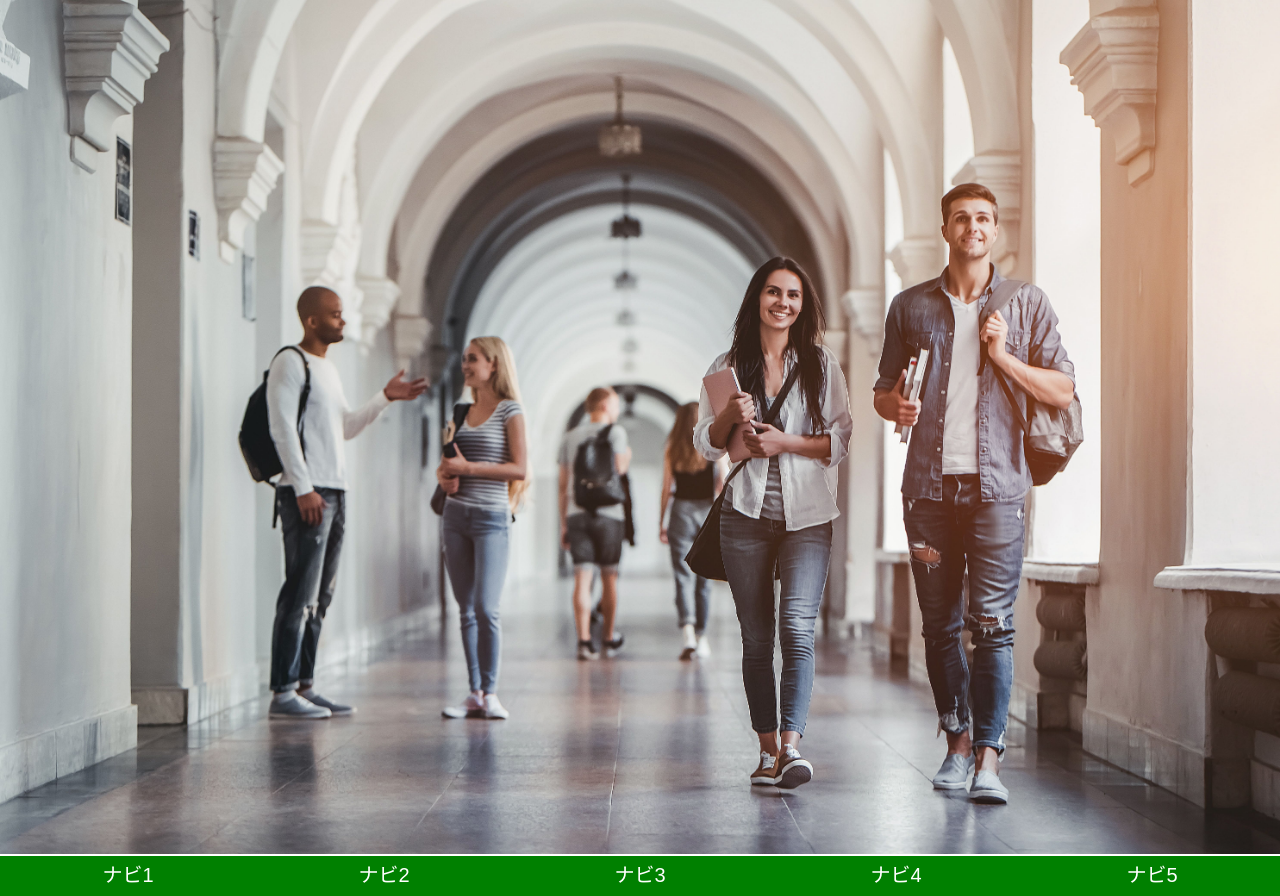
Repository: drumskoji/samurai_HTML-CSS
Page: home.html
The author's editor kept a record of every edit. The page is drawn from the files as they stood at one moment, then again after the next edit.
The browser window is 1280 px wide. The pictures show the whole page.

Above is the page before.

### home.html
<!DOCTYPE html>
<html lang="ja">
    <head>
        <meta charaset="UTF-8">
        <title>HTML/CSSの学習</title>
        <link rel="stylesheet" href="stylesheet.css">
    </head>
    <body>
        <div id="header">
            <h1><a href="index.html"><img id="corridor" src="image/corridor.jpg" alt="大学の廊下" /></a></h1>
        </div>
        <div id="wrapper">
            <div id="nav">
                <ul>
                    <li><a href="home.html">ナビ1</a></li>
                    <li><a href="#">ナビ2</a></li>
                    <li><a href="#">ナビ3</a></li>
                    <li><a href="#">ナビ4</a></li>
                    <li><a href="#">ナビ5</a></li>
                </ul>
           </div>
        </div>
    </body>
</html>

### stylesheet.css
@charset "utf-8";

body {
	margin: 0;
	padding: 0;
	font-family: "ヒラギノ角ゴ Pro W3", "Hiragino Kaku Gothic Pro", "メイリオ", Meiryo, Osaka, "ＭＳ Ｐゴシック", "MS PGothic", sans-serif;
	color: #333;
	font-size: 13px;
	line-height: 150%;
}

/* -------------------- wrapper -------------------- */
#wrapper {
	width: 100%;
	margin: auto;
	padding: 0px;
	border: 0px;
	background-color: #FFF;
	top: 10px;
}

/* -------------------- header -------------------- */
#header {
	width: 100%;
}
#header h1 {
	margin: 0;
	padding: 0;
}

#corridor {
	width: 100%;
	height: auto;
}

/* -------------------- footer -------------------- */
#footer {
	clear: both;
	width: 100%;
	padding: 3px 0 3px 0;
	background: #39F;
	color: #FFF;
	font-weight: bold;
	text-align: center;
}

/* -------------------- nav -------------------- */
 #nav {
	 width: 100%;
 }
 #nav ul {
	 margin: 0;
	 padding: 0;
	 list-style-type: none;
 }
 #nav ul li {
	 float: left;
	 width: 20%;
	 text-align: center;
 }
 #nav ul li a {
	 display: block;
	 height: 20px;
	 margin: 0;
	 padding: 10px;
	 color: #FFF;
	 font-size: 20px;
	 text-decoration: none;
	 background-color: green;
 }


 /* -------------------- container -------------------- */
 #container {
	 width: 100%;
	 margin: auto ;
	 padding: auto;
	 padding-top: 20px;
	 clear: both;
 }
 /* -------------------- main -------------------- */
 #main {
	 float: left;
	 width: 60%;
	 padding: 10px 30px 10px 10px;
 }
 #main h2 {
	 margin: 0 0 10px 0;
	 padding: 3px 10px 3px 10px;
	 color: #FFF;
	 font-size: 16px;
	 border-left: solid 10px #C00;
	 background: #F90 url(../images/main_h2.jpg) right top repeat-y;
 }
 #main p {
	 margin: 0;
	 padding: 0;
 }
 #main .post {
	 margin: 0 0 30px 0;
 }

 #main .post img.right {
	 margin: 0 0 0 8px;
 }
 #main .post img.left {
	 margin: 0 8px 0 0;
 }

 .right {
	 float: right;
	 width: 40%;
	 height: auto;
 }
 .left {
	 float: left;
	 width: 40%;
	 height: auto;
 }

 /* -------------------- clearfix -------------------- */
 .clearfix {
	 zoom: 1;
 }
 .clearfix:after{
	 content: "";
	 display: block;
	 clear: both;
 }

After the next edit:
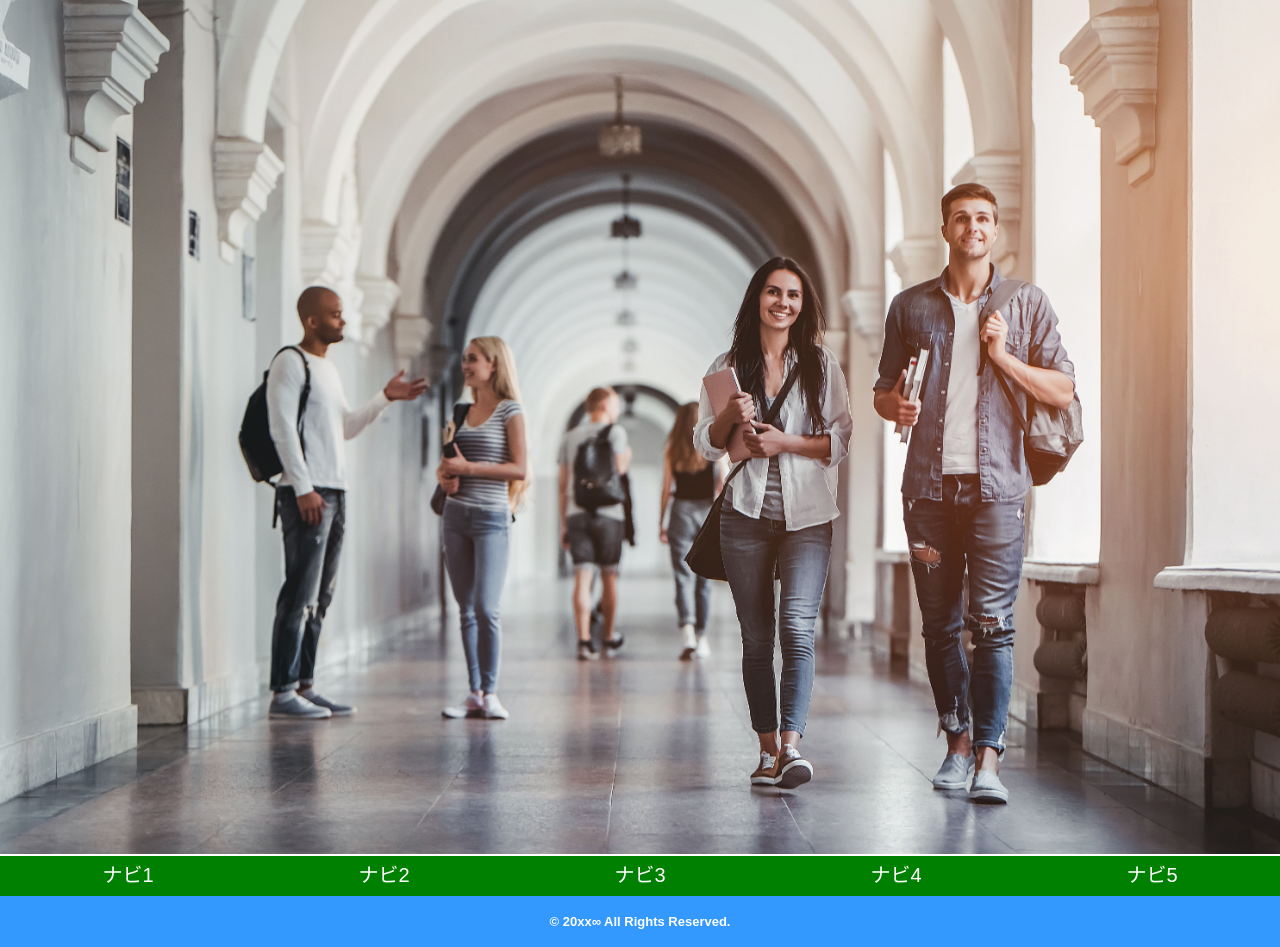
The edit:
--- a/home.html
+++ b/home.html
@@ -20,5 +20,8 @@
                 </ul>
            </div>
         </div>
+        <div id ="footer">
+            <p>&copy; 20xx∞ All Rights Reserved.</p>
+        </div>
     </body>
 </html>
